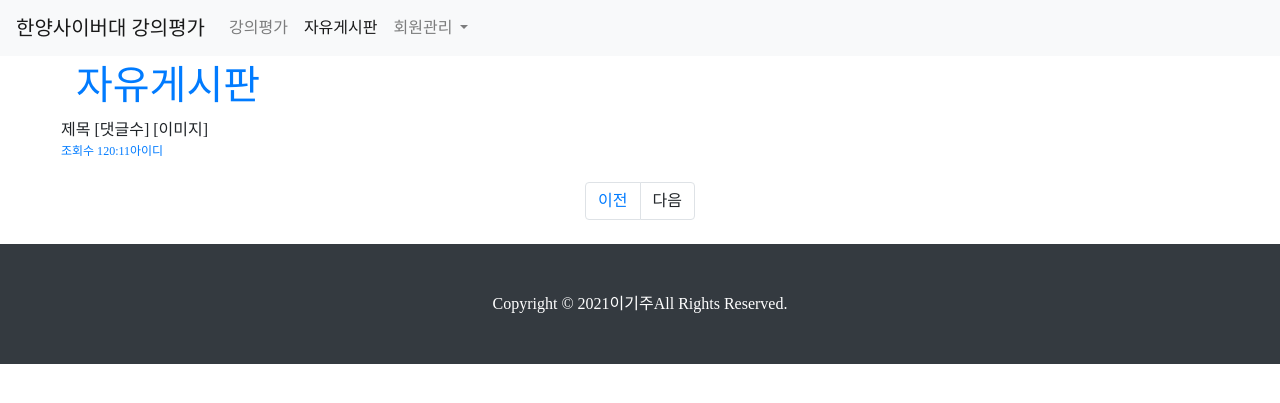
Repository: lkjjjang/hycu
Page: http://localhost/hycujjang/mobile.jsp
The author's editor kept a copy of each file at every save. The page is drawn from the files as they stood at one save, then again after the next save.
The browser window is 1280 px wide. The pictures show the whole page.
Some web fonts or font styles are not loaded; a fallback is used. The page is served by Tomcat 9. Nobody is signed in. The application's start-up code is not run. The template is opened directly, without the code that normally fills it, so the values that code supplies are empty.

Above is the page before, as saved 2022-01-02 08:52:52.

After the next save:
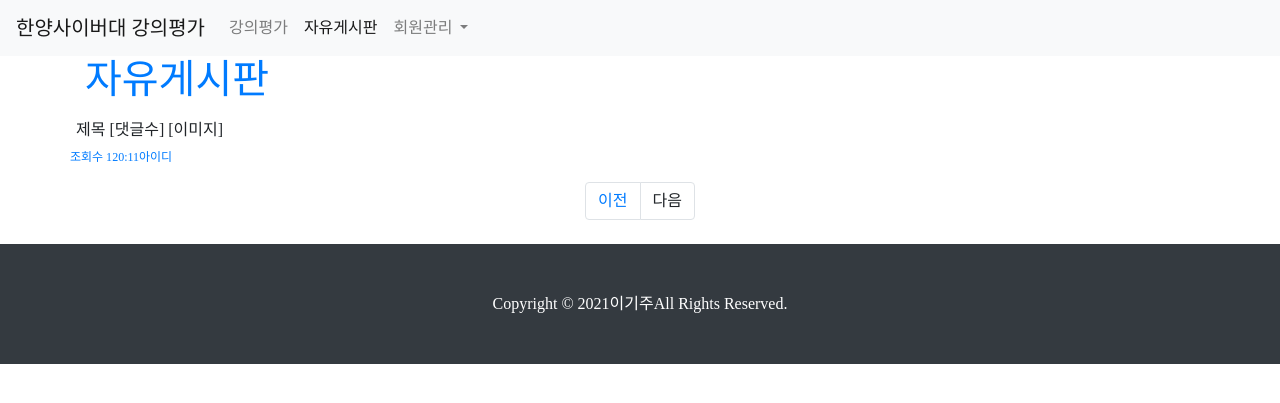
Saved 23 s later.
--- a/hycujjang/WebContent/mobile.jsp
+++ b/hycujjang/WebContent/mobile.jsp
@@ -46,11 +46,11 @@
 		</div>
 	</nav>
 
-	<div class="container" style="padding: 6px;">
+	<div class="container">
 		<h1>
     		<a class="ed link-primary text-bold title-underline" href="freeBoardController?pageNumber=1">자유게시판</a>
   		</h1>
-  			<div class="row">
+  			<div class="row" style="padding: 6px;">
 	  			<div >
 	  				제목 [댓글수] [이미지]
 	  			</div>

After the save that followed:
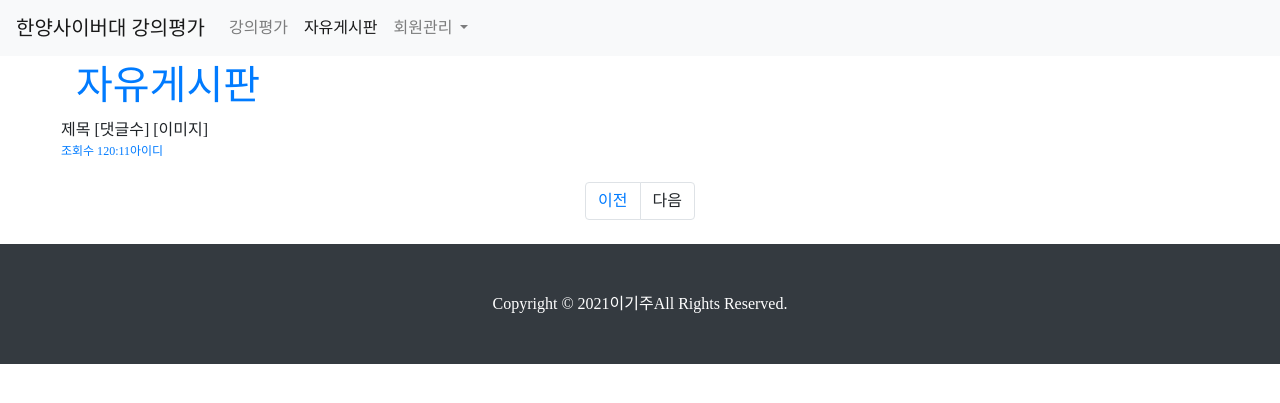
Saved 20 s later.
--- a/hycujjang/WebContent/mobile.jsp
+++ b/hycujjang/WebContent/mobile.jsp
@@ -46,11 +46,11 @@
 		</div>
 	</nav>
 
-	<div class="container">
+	<div class="container" style="padding: 6px;">
 		<h1>
     		<a class="ed link-primary text-bold title-underline" href="freeBoardController?pageNumber=1">자유게시판</a>
   		</h1>
-  			<div class="row" style="padding: 6px;">
+  			<div class="row">
 	  			<div >
 	  				제목 [댓글수] [이미지]
 	  			</div>
